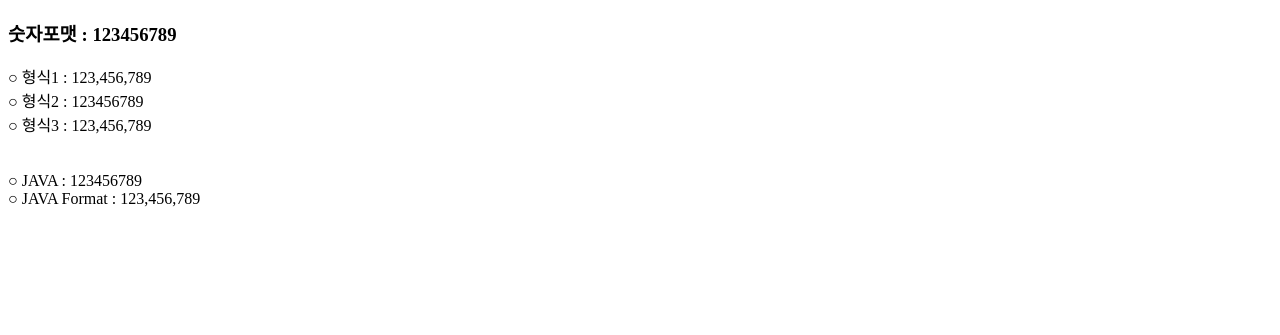
Repository: youngmoon525/Jsp_Servlet
Page: http://localhost/03.JSP/jsp39.jsp
The author's editor kept a copy of each file at every save. The page is drawn from the files as they stood at one save, then again after the next save.
The browser window is 1280 px wide. The pictures show the whole page.
The page is served by Tomcat 9. Other server files are loaded and not shown.

Above is the page before, as saved 2021-09-09 04:05:05.

### workspace/03.JSP/WebContent/jsp39.jsp
<%@page import="java.text.DecimalFormat"%>
<%@ page language="java" contentType="text/html; charset=UTF-8" pageEncoding="UTF-8"%>
<%@ taglib prefix="c" uri="http://java.sun.com/jsp/jstl/core" %>
<%@ taglib prefix="fmt" uri="http://java.sun.com/jsp/jstl/fmt" %>
<!DOCTYPE html>
<html>
<head>
<meta charset="UTF-8">
<title>JSP39</title>
</head>
<body>
<c:set var="num" value="123456789"/>
<h3>숫자포맷 : ${num}</h3>
○ 형식1 : <fmt:formatNumber value="${num}" groupingUsed="true"/><br/>
○ 형식2 : <fmt:formatNumber value="${num}" groupingUsed="false"/><br/>
○ 형식3 : <fmt:formatNumber value="${num}" pattern="#,##0"/><br/>


<br/><br/>
<%
int number = 123456789;
DecimalFormat df = new DecimalFormat("#,##0");
%>
○ JAVA : <%=number %><br/>
○ JAVA Format : <%=df.format(number) %>
</body>
</html>

After the next save:
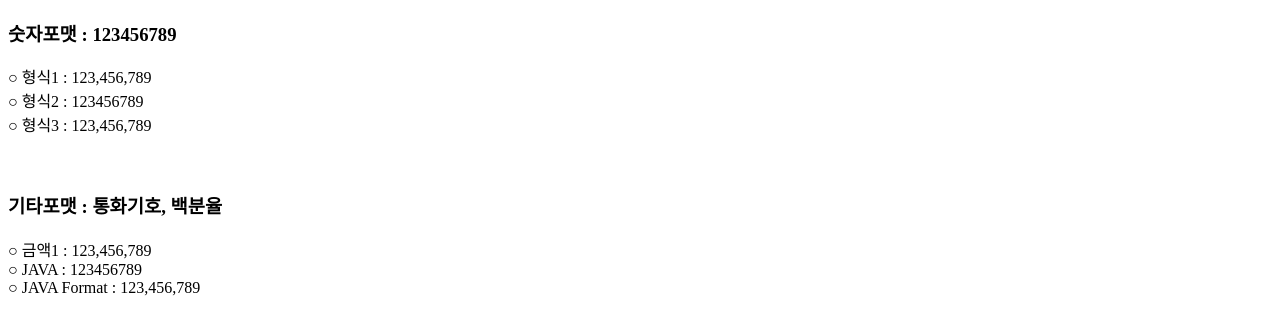
Saved 2 min 16 s later.
--- a/workspace/03.JSP/WebContent/jsp39.jsp
+++ b/workspace/03.JSP/WebContent/jsp39.jsp
@@ -14,9 +14,12 @@
 ○ 형식1 : <fmt:formatNumber value="${num}" groupingUsed="true"/><br/>
 ○ 형식2 : <fmt:formatNumber value="${num}" groupingUsed="false"/><br/>
 ○ 형식3 : <fmt:formatNumber value="${num}" pattern="#,##0"/><br/>
+<br/><br/>
 
+<h3>기타포맷 : 통화기호, 백분율</h3>
+<%-- 통화기호 : ㄹ → 한자 --%>
+○ 금액1 : <fmt:formatNumber value="${num}" currencySymbol="￦"/><br/>
 
-<br/><br/>
 <%
 int number = 123456789;
 DecimalFormat df = new DecimalFormat("#,##0");
